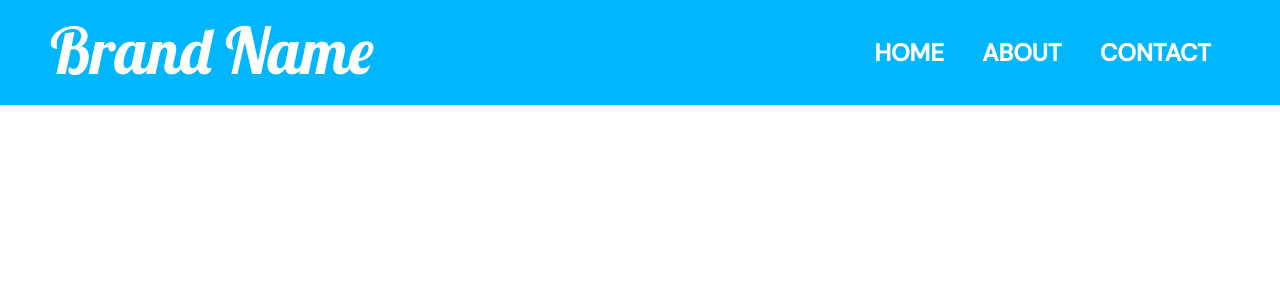
Repository: Jrap-bit/PeriodofSharing
Page: index.html
The author's editor kept a copy of each file at every save. The page is drawn from the files as they stood at one save, then again after the next save.
The browser window is 1280 px wide. The pictures show the whole page.

Above is the page before, as saved 2022-01-13 21:24:02.

### index.html
<!DOCTYPE html>
<html lang="en">
<head>
    <meta charset="UTF-8">
    <meta http-equiv="X-UA-Compatible" content="IE=edge">
    <meta name="viewport" content="width=device-width, initial-scale=1.0">
    <link rel='stylesheet' href = 'style.css'>
    <title>Women</title>
</head>
<body>
    <nav class="navbar">
        <div class="brand-title">
            Brand Name
        </div>
        <a href="#" class="toggle-button">
            <span class="bar"></span>
            <span class="bar"></span>
            <span class="bar"></span>
        </a>
        <div class="navbar-links">
            <ul>
                <li><a href="#Home">HOME</a></li>
                <li><a href="#About">ABOUT</a></li>
                <li><a href="#Contact">CONTACT</a></li>
            </ul>
        </div>
    </nav>
</body>
</html>

### style.css
@import url('https://fonts.googleapis.com/css2?family=DM+Sans:wght@500&display=swap');
@import url('https://fonts.googleapis.com/css2?family=Bebas+Neue&family=Lobster&display=swap');

* {
    box-sizing: border-box;
    font-family: 'DM Sans', sans-serif;
}

body {
    margin: 0;
    padding: 0;
}

html{
    scroll-behavior: smooth;
}

.navbar{
    display: flex;
    justify-content: space-between;
    align-items: center;
    background-color: rgb(0, 183, 255);
    color: white;

}

.brand-title{
    font-family: 'Lobster', cursive;
    font-size: 4rem;
    margin: 10px 50px;
    margin-bottom: 15px;

}

.navbar-links ul{
    margin: 10px 50px 10px 50px;
    padding: 0;
    display: flex;
}

.navbar-links li {
    font-family: 'Bebas Neue', cursive;
    font-weight: bold;
    list-style: none;
    font-size: 1.5rem;

}

.navbar-links li a{
    text-decoration: none;
    color: white;
    padding: 1.2rem;
    display: block;
}

.navbar-links li:hover{
    background-color: rgb(1, 54, 75);
}

.toggle-button {
    position: absolute;
    top: .75rem;
    right: 1rem;
    display: none;
    flex-direction: column;
    justify-content: space-between;
    width: 30px;
    height: 21px;
}

.toggle-button .bar{
    height: 3px;
    width: 100%;
    background-color: white;
    border-radius: 10px;
}

@media (max-width: 800px) {
    .toggle-button{
        display: flex;
    }
    .navbar-links{
        display: none;
        width: 100%;
    }

    .navbar{
        flex-direction: column;
        align-items: flex-start;
    }

    .navbar-links ul {
        flex-direction: column;
        width: 100%;

    }

    .navbar-links li{
        text-align: center;
    }

    .navbar-links li a{
        padding: 0.5rem 1rem;
    }

    .navbar-links.active{
        display: flex;
    }

    .toggle-button:hover{
        background-color: #666;
    }
}

After the next save:
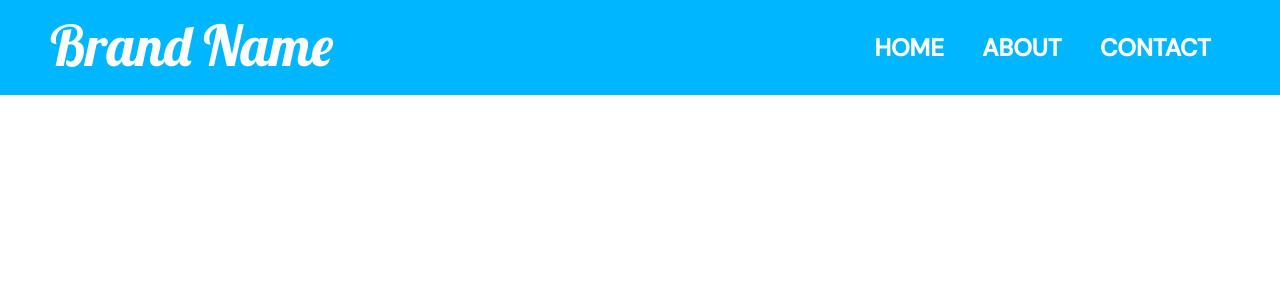
Saved 7 s later.
--- a/style.css
+++ b/style.css
@@ -26,7 +26,7 @@ html{
 
 .brand-title{
     font-family: 'Lobster', cursive;
-    font-size: 4rem;
+    font-size: 3.5rem;
     margin: 10px 50px;
     margin-bottom: 15px;
 
